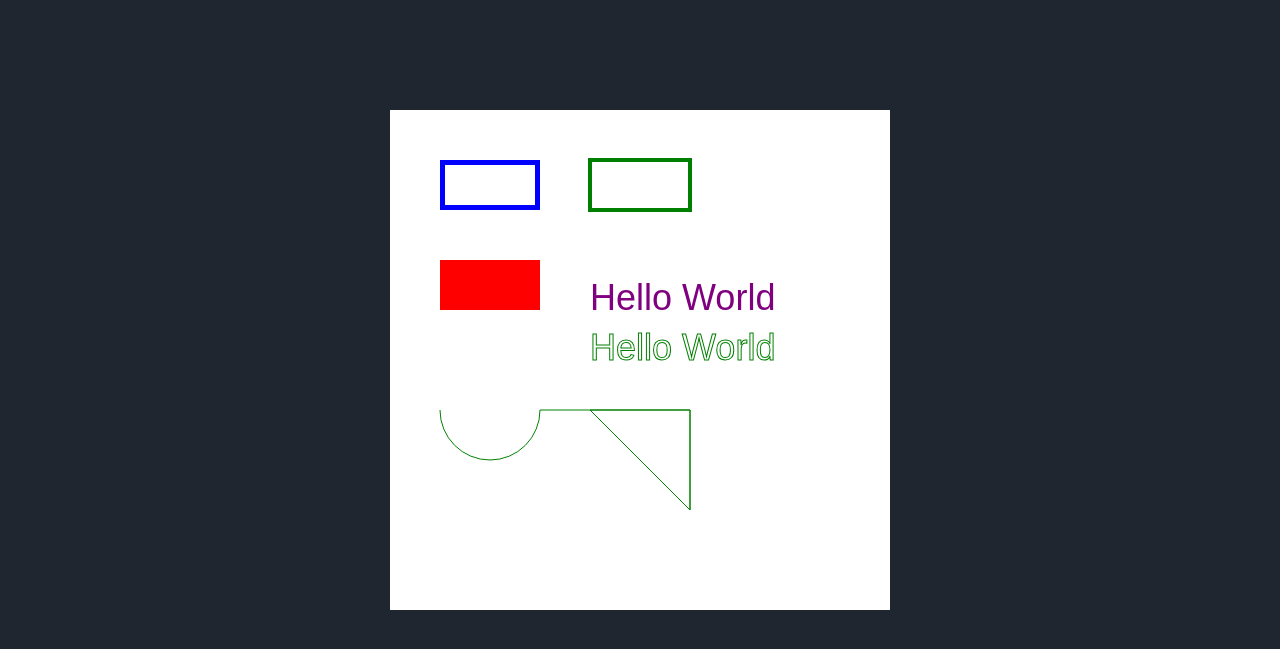
Repository: thecodeholic/cst-javascript-course
Page: /
The author's editor kept a copy of each file at every save. The page is drawn from the files as they stood at one save, then again after the next save.
The browser window is 1280 px wide. The pictures show the whole page.
The project was rebuilt for these pictures with package versions that can differ from the ones it lists, and the page was loaded fresh each time.

Above is the page before, as saved 2020-11-25 09:48:26.

### index.html
<!doctype html>
<html lang="en">
  <head>
    <!-- Required meta tags -->
    <meta charset="utf-8">
    <meta name="viewport" content="width=device-width, initial-scale=1, shrink-to-fit=no">

    <!-- Bootstrap CSS -->
    <link rel="stylesheet" href="https://stackpath.bootstrapcdn.com/bootstrap/4.5.2/css/bootstrap.min.css" integrity="sha384-JcKb8q3iqJ61gNV9KGb8thSsNjpSL0n8PARn9HuZOnIxN0hoP+VmmDGMN5t9UJ0Z" crossorigin="anonymous">

    <title>Javascript Course</title>

    <link rel="stylesheet" href="app.css">
  </head>
  <body>
    <canvas id="myCanvas" width="500" height="500">Your browser does not support canvas</canvas>
    <script src="app.js"></script>
    <!-- <script src="homework.js"></script> -->
  </body>
</html>

### app.css
* {
    box-sizing: border-box;
}
html {
    height: 100%;
}

body {
    background-color: rgb(31, 38, 48);
    display: flex;
    align-items: center;
    justify-content: center;
    height: 100%;;
}

canvas {
    background-color: #FFF;

}

### app.js
// What is canvas?
// https://developer.mozilla.org/en-US/docs/Web/API/Canvas_API/Tutorial
// https://www.w3schools.com/html/html5_canvas.asp
// https://www.w3schools.com/graphics/canvas_intro.asp
// https://www.w3schools.com/graphics/canvas_reference.asp
// https://developer.mozilla.org/en-US/docs/Web/API/Canvas_API

// How to create it and use it
const canvas = document.getElementById('myCanvas');
const ctx = canvas.getContext('2d');

// Draw rectangles
// =================
// fillRect
ctx.fillStyle = 'blue';
ctx.fillRect(50, 50, 100, 50);
ctx.fillStyle = 'red';
ctx.fillRect(50, 150, 100, 50)

// strokeRect
ctx.strokeStyle = 'green';
ctx.lineWidth = 4;
ctx.strokeRect(200, 50, 100, 50);

// clearRect
ctx.clearRect(55, 55, 90, 40);

// fillText
ctx.font = '36px Arial';
ctx.fillStyle = 'purple';
ctx.fillText("Hello World", 200, 200)

// strokeText
ctx.lineWidth = 1;
ctx.strokeText("Hello World", 200, 250);

// Paths   beginPath, moveTo, lineTo, closePath, stroke, fill
// ==============
ctx.moveTo(200, 300);
ctx.lineTo(300, 300);
ctx.lineTo(300, 400);
ctx.closePath();
ctx.stroke();

// Arcs
// ====================
ctx.arc(100, 300, 50, 0, Math.PI);
ctx.stroke();

// Draw image
// ====================

// Write text
// ====================

// Ball animation

Loaded but not shown: src/index.js (no copy from this time; the picture is the same without it)

After the next save:
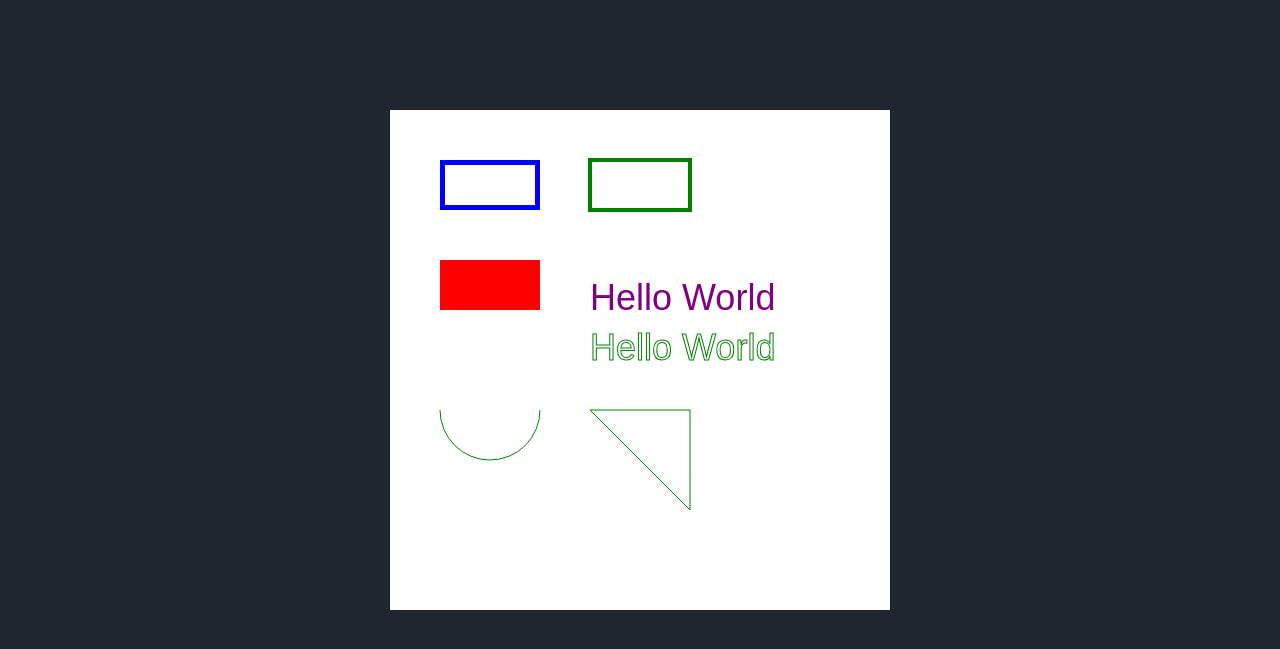
Saved 15 s later.
--- a/app.js
+++ b/app.js
@@ -44,6 +44,7 @@
 
 // Arcs
 // ====================
+ctx.beginPath();
 ctx.arc(100, 300, 50, 0, Math.PI);
 ctx.stroke();
 

After the save that followed:
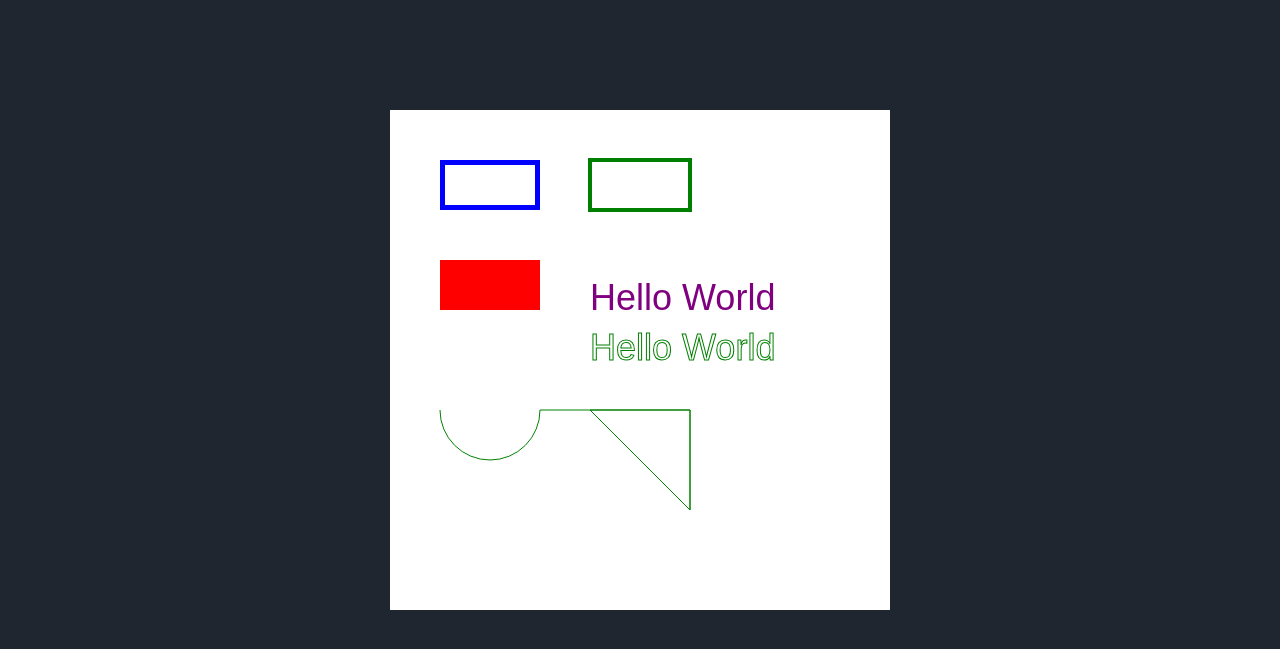
Saved 9 s later.
--- a/app.js
+++ b/app.js
@@ -44,7 +44,7 @@
 
 // Arcs
 // ====================
-ctx.beginPath();
+// ctx.beginPath();
 ctx.arc(100, 300, 50, 0, Math.PI);
 ctx.stroke();
 
